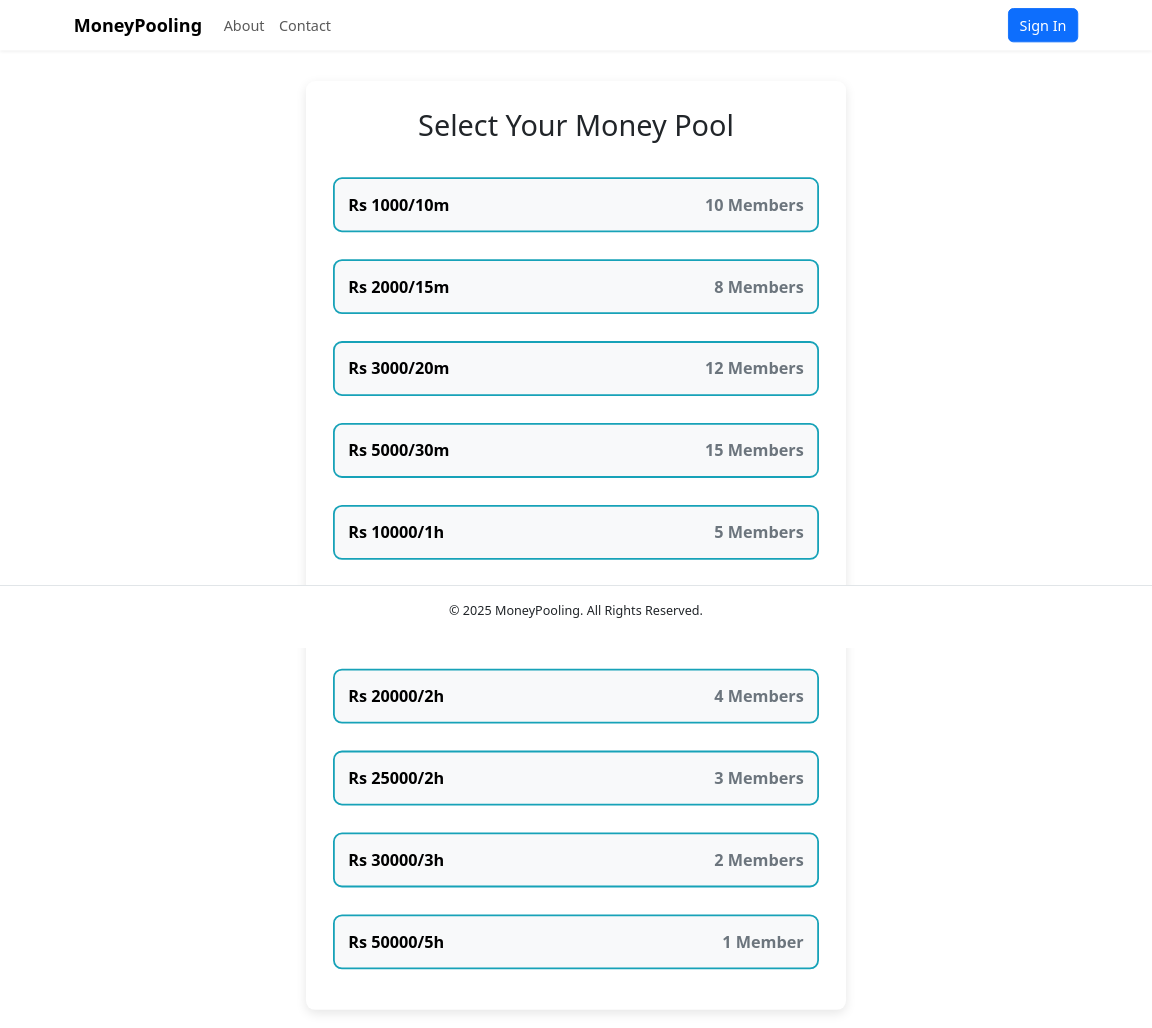
Repository: xxgautm420/MoneyPool
Page: templates/Index.html
The author's editor kept a copy of each file at every save. The page is drawn from the files as they stood at one save, then again after a run of saves.
The browser window is 1280 px wide. The pictures show the whole page, at 90% of full size.
The page is served by the project's application, run on Flask 3 (app.py). The template is opened directly, without the code that normally fills it, so the values that code supplies are empty.

Above is the page before, as saved 2025-03-02 10:15:10.

After the next 3 saves:
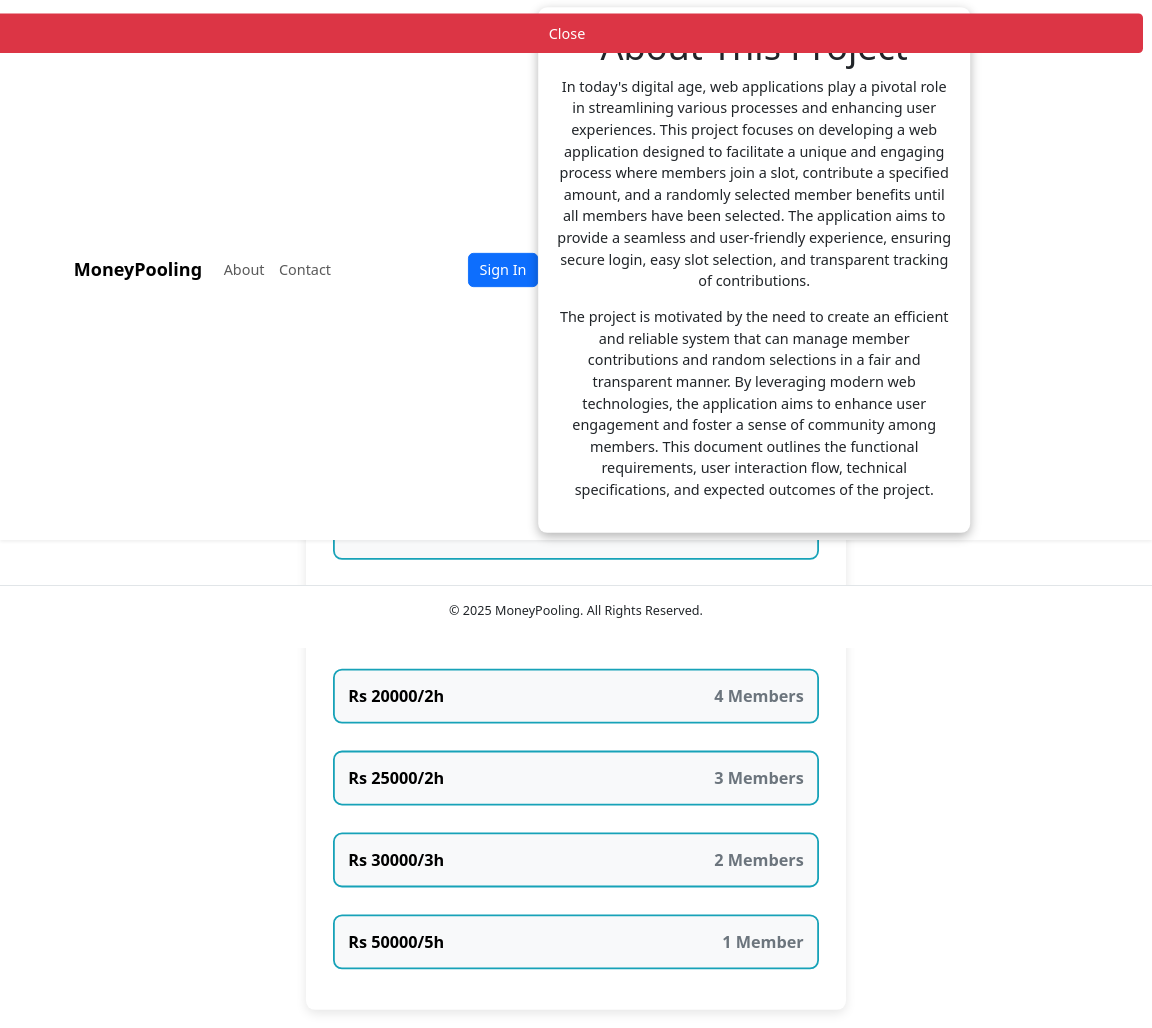
The 3 saves are shown as one change because they came seconds apart.
The last was saved 58 min 59 s later.
--- a/templates/Index.html
+++ b/templates/Index.html
@@ -28,7 +28,7 @@
                 </ul>
                 <button id="signInButton" class="btn btn-primary">Sign In</button>
 
-        <div id="aboutFormContainer" class="login-container">
+        <div id="aboutFormContainer" class="about-container">
             <div class="login-box">
         <section>
             <h1>About This Project</h1>
